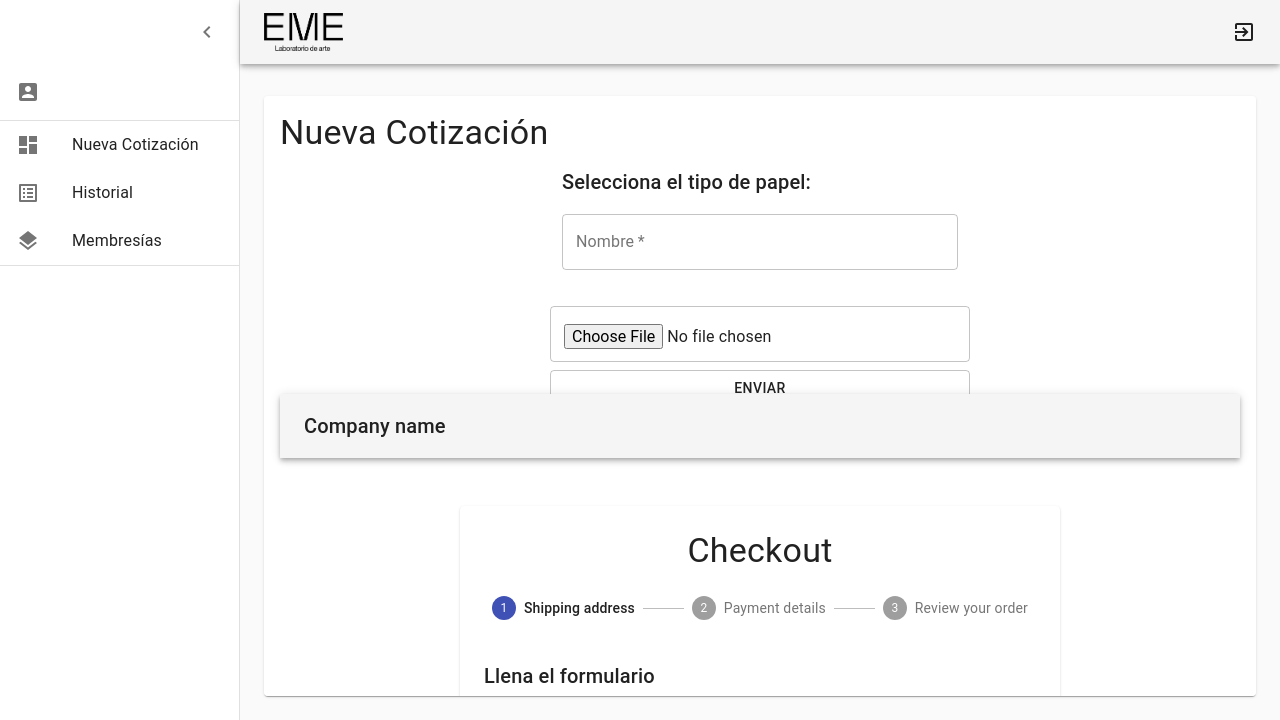
Repository: BrendaCarranco/eme-lab
Page: /Trabajo
The author's editor kept a copy of each file at every save. The page is drawn from the files as they stood at one save, then again after the next save.
The browser window is 1280 px wide. The pictures show the whole page.
An inner scrolling area shows only its first screen. Some web libraries are served in a nearby version. The project was rebuilt for these pictures with package versions that can differ from the ones it lists, and the page was loaded fresh each time. Also part of the build but not shown: src/components/buildingPage/Building.js, src/temaConfig.js, src/components/buildingPage/Landing.js, src/components/login/Reset.js, src/components/Dashboard/Historial.js, src/components/Dashboard/Membresias.js, src/components/Dashboard/SizeForm.js, src/components/Dashboard/Review.js and 6 more.

Above is the page before, as saved 2020-08-30 19:22:01.

### public/index.html
<!DOCTYPE html>
<html lang="en">

<head>
  <meta charset="utf-8" />

  <meta name="viewport" content="width=device-width, initial-scale=1" />
  <meta name="theme-color" content="#000000" />
  <meta name="description" content="Web site created using create-react-app" />
  <link rel="icon" type="image/png" href="/eme-icon.png">


  </style>

  <!--
      manifest.json provides metadata used when your web app is installed on a
      user's mobile device or desktop. See https://developers.google.com/web/fundamentals/web-app-manifest/
    -->
  <link rel="manifest" href="%PUBLIC_URL%/manifest.json" />
  <!-- CSS only -->
  <link rel="stylesheet" href="https://stackpath.bootstrapcdn.com/bootstrap/4.5.2/css/bootstrap.min.css"
    integrity="sha384-JcKb8q3iqJ61gNV9KGb8thSsNjpSL0n8PARn9HuZOnIxN0hoP+VmmDGMN5t9UJ0Z" crossorigin="anonymous">

  <!--
      Notice the use of %PUBLIC_URL% in the tags above.
      It will be replaced with the URL of the `public` folder during the build.
      Only files inside the `public` folder can be referenced from the HTML.

      Unlike "/favicon.ico" or "favicon.ico", "%PUBLIC_URL%/favicon.ico" will
      work correctly both with client-side routing and a non-root public URL.
      Learn how to configure a non-root public URL by running `npm run build`.
    -->
  <title>EME Laboratorio de arte</title>
</head>

<body>
  <noscript>You need to enable JavaScript to run this app.</noscript>
  <div id="root"></div>
  <!--
      This HTML file is a template.
      If you open it directly in the browser, you will see an empty page.

      You can add webfonts, meta tags, or analytics to this file.
      The build step will place the bundled scripts into the <body> tag.

      To begin the development, run `npm start` or `yarn start`.
      To create a production bundle, use `npm run build` or `yarn build`.
    -->
  <!-- Compiled and minified JavaScript -->

  <script src="https://code.jquery.com/jquery-3.2.1.slim.min.js"
    integrity="sha384-KJ3o2DKtIkvYIK3UENzmM7KCkRr/rE9/Qpg6aAZGJwFDMVNA/GpGFF93hXpG5KkN"
    crossorigin="anonymous"></script>
  <script src="https://cdnjs.cloudflare.com/ajax/libs/popper.js/1.12.9/umd/popper.min.js"
    integrity="sha384-ApNbgh9B+Y1QKtv3Rn7W3mgPxhU9K/ScQsAP7hUibX39j7fakFPskvXusvfa0b4Q"
    crossorigin="anonymous"></script>
  <script src="https://maxcdn.bootstrapcdn.com/bootstrap/4.0.0/js/bootstrap.min.js"
    integrity="sha384-JZR6Spejh4U02d8jOt6vLEHfe/JQGiRRSQQxSfFWpi1MquVdAyjUar5+76PVCmYl"
    crossorigin="anonymous"></script>
</body>

</html>

### src/App.js
import React, { useEffect, useState, useContext } from 'react';
import { BrowserRouter, Switch, Route } from 'react-router-dom';
import { firebase } from './firebase';
import Building from './components/buildingPage/Building';
import Landing from './components/buildingPage/Landing';
import Reset from './components/login/Reset';
import Dashboard from './components/Dashboard/Dashboard';
import SignInSide from './components/login/SignInSide';
import Admin from './components/admin/Admin';

import { UserContext } from './context/UserProvider';
import NoMember from './components/Dashboard/NoMember';

function App() {

  const [firebaseUser, setFirebaseUser] = useState(null);
  const [fbName, setFbName] = useState('');
  const [fbMail, setFbMail] = useState('');
  const [usersFiles, setUsersFiles] = useState([]);


  const { userProvider } = useContext(UserContext);


  //Observador
  useEffect(() => {
    firebase.auth().onAuthStateChanged(user => {
      console.log(user);
      if (user) {
        setFbName(user.displayName);
        setFbMail(user.email);
        setFirebaseUser(user);
      } else {
        setFirebaseUser(null);
        return;
      }
    });
  }, [firebaseUser]);

  return (
    <BrowserRouter>
      <Switch>
        <Route exact path='/'>
          <Landing />
        </Route>
        {/*
        <Route path='/admin'>
          <Admin usersFiles={usersFiles} />
        </Route> */}

        <Route path='/dashboard'>

          {
            userProvider.role === 'Admin' && <Admin usersFiles={usersFiles} />
          }
          {
            userProvider.role === 'Miembro' && <Dashboard firebaseUser={firebaseUser} setUsersFiles={setUsersFiles} usersFiles={usersFiles} fbMail={fbMail} />
          }
          {
            userProvider.role === 'Invitado' && <NoMember />
          }



        </Route>

        <Route path='/signin'>
          <SignInSide />
        </Route>

        <Route path='/Admin'>
          <Admin />
        </Route>

        <Route path='/Trabajo'>
          <Dashboard />
        </Route>



      </Switch>
    </BrowserRouter>
  );
}

export default App;

### src/context/UserProvider.js
import React, { createContext, useEffect } from 'react';
import { useState } from 'react';
import { firebase } from '../firebase';

export const UserContext = createContext();

const UserProvider = (props) => {

    const dataInitialUser = {
        email: null,
        uid: null,
        role: 'Invitado',
        displayName: null
    };

    const [userProvider, setUserProvider] = useState(dataInitialUser);


    useEffect(() => {
        detectUser();
    }, []);

    const detectUser = () => {
        firebase.auth().onAuthStateChanged(user => {
            if (user) {
                console.log(user, 'user provider');
                user.getIdTokenResult()
                    .then(idTokenResult => {
                        console.log(idTokenResult, 'token');
                        if (!!idTokenResult.claims.Admin) {
                            console.log('es admin');
                            setUserProvider({
                                email: user.email,
                                uid: user.uid,
                                displayName: user.displayName,
                                role: 'Admin'

                            });
                        } else if (!!idTokenResult.claims.Member) {
                            console.log('es miembro');
                            setUserProvider({
                                email: user.email,
                                uid: user.uid,
                                displayName: user.displayName,
                                role: 'Miembro'
                            });
                        } else {
                            console.log('es invitado');
                            setUserProvider({
                                email: user.email,
                                uid: user.uid,
                                displayName: user.displayName,
                                role: 'Invitado'

                            });
                        }
                    }
                    );

            } else {
                console.log(user, 'user provider null');
            }
        });
    };

    const userRegister = async (email, password, name) => {
        try {
            const res = await firebase.auth().createUserWithEmailAndPassword(email, password);
            const collection = await firebase.firestore().collection('usuarios').doc(res.user.email).get();

            if (!collection.exists) {
                await firebase.firestore().collection('usuarios').doc(res.user.email).set({
                    email: res.user.email,
                    uid: res.user.uid,
                    role: 'Invitado',
                    displayName: name
                });
                let current = firebase.auth().currentUser;
                current.updateProfile({
                    displayName: name
                });

            }

        } catch (error) {
            console.log(error);
        }
        firebase.auth().signOut();
    };

    return (
        <UserContext.Provider value={{ userProvider, userRegister }} >
            {props.children}
        </UserContext.Provider>
    );
};

export default UserProvider;

### src/firebase.js
import firebase from 'firebase/app';
import 'firebase/auth';
import 'firebase/firestore';
import 'firebase/storage';
import 'firebase/functions';

const firebaseConfig = {
    apiKey: "AIzaSyB1b8DSEsphXC6iROi09Go8DnzwT9N6RYY",
    authDomain: "eme-lab.firebaseapp.com",
    databaseURL: "https://eme-lab.firebaseio.com",
    projectId: "eme-lab",
    storageBucket: "eme-lab.appspot.com",
    messagingSenderId: "906776180001",
    appId: "1:906776180001:web:939db4508539931fda3a60"
};
// Initialize Firebase
firebase.initializeApp(firebaseConfig);

export { firebase };

### src/components/Dashboard/Cotizacion.js
import React, { useState } from 'react';
import { firebase } from '../../firebase';
import moment from 'moment';
import 'moment/locale/es';

import Container from '@material-ui/core/Container';
import { makeStyles } from '@material-ui/core/styles';
import Typography from '@material-ui/core/Typography';
import Title from './Title';
import TextField from '@material-ui/core/TextField';
import Button from '@material-ui/core/Button';
import Grid from '@material-ui/core/Grid';

const useStyles = makeStyles({
  depositContext: {
    flex: 1,
  },
});

const Cotizacion = ({ firebaseUser, setUsersFiles, usersFiles }) => {
  const [fileUrl, setFileUrl] = useState(null);
  const [input, setInput] = useState('');
  //const [usersFiles, setUsersFiles] = useState([]);

  let time = Date.now();
  let timeFormat = moment(time).format('LLL');

  const handleChangeFile = async e => {
    const file = e.target.files[0];
    const storageRef = firebase.storage().ref('Cotizaciones').child(firebaseUser.email);
    const fileRef = storageRef.child(file.name);
    await fileRef.put(file);
    setFileUrl(await fileRef.getDownloadURL());
  };

  const handleSubmit = e => {
    e.preventDefault();
    //console.log('submit');

    const username = e.target.username.value;
    setInput(username);
    if (!username) {
      return;
    }

    const newUserFile = {
      name: username,
      fileLink: fileUrl,
      date: timeFormat,
      email: firebaseUser.email,
      user: firebaseUser.displayName,
      status: 'Pendiente'
    };
    //esta sube la imegen
    firebase.firestore().collection('files').doc().set(newUserFile);
    setUsersFiles([
      ...usersFiles,
      { ...newUserFile }

    ]);
    setInput('');
    setFileUrl('');
    return alert('archivo subido');
  };

  /*   const emailUpdate = async () => {
      const a = await firebase.auth().onAuthStateChanged(function (user) {
        if (user) {
          setUserEmail(user.email);
          return;
          // User is signed in.
        } else {
          return;
        }
      });
    };
    emailUpdate();

    useEffect(() => {
      const fetchUsersFiles = async () => {
        const usersFilesCollection = await firebase.firestore().collection('files').where("email", "==", userEmail).get();
        setUsersFiles(usersFilesCollection.docs.map(doc => {
          return doc.data();
        }));
      };
      fetchUsersFiles();
    }, [setUsersFiles, userEmail]);

    console.log(usersFiles); */


  return (
    <React.Fragment>
      <Title>Nueva Cotización</Title>
      <Container maxWidth="xs">
        <Typography variant="h6" color="initial">
          Selecciona el tipo de papel:
       </Typography>
        <form onSubmit={handleSubmit}>
        <Grid container spacing={3}>
        <Grid item xs={12} sm={12}>
          <TextField
            variant="outlined"
            margin="normal"
            required
            fullWidth
            id="outlined-basic"
            label="Nombre"
            name='username'
            onChange={e => setInput(e.target.value)}
            value={input}

          />
          </Grid>
          <TextField
            variant="outlined"
            margin="normal"
            required
            fullWidth
            id="outlined-basic"
            name='file'
            type='file'
            onChange={handleChangeFile}
          />
          <Button
            type="submit"
            fullWidth
            variant="outlined"
            color="default"
          >Enviar</Button>


          </Grid>
        </form>
      </Container>
    </React.Fragment>


  );
};

export default Cotizacion;

### src/components/Dashboard/Checkout.js
import React from 'react';
import { makeStyles } from '@material-ui/core/styles';
import CssBaseline from '@material-ui/core/CssBaseline';
import AppBar from '@material-ui/core/AppBar';
import Toolbar from '@material-ui/core/Toolbar';
import Paper from '@material-ui/core/Paper';
import Stepper from '@material-ui/core/Stepper';
import Step from '@material-ui/core/Step';
import StepLabel from '@material-ui/core/StepLabel';
import Button from '@material-ui/core/Button';
import Link from '@material-ui/core/Link';
import Typography from '@material-ui/core/Typography';
import PaperForm from './PaperForm';
import SizeForm from './SizeForm';
import Review from './Review';

function Copyright() {
  return (
    <Typography variant="body2" color="textSecondary" align="center">
      {'Copyright © '}
      <Link color="inherit" href="https://material-ui.com/">
        Your Website
      </Link>{' '}
      {new Date().getFullYear()}
      {'.'}
    </Typography>
  );
}

const useStyles = makeStyles((theme) => ({
  appBar: {
    position: 'relative',
  },
  layout: {
    width: 'auto',
    marginLeft: theme.spacing(2),
    marginRight: theme.spacing(2),
    [theme.breakpoints.up(600 + theme.spacing(2) * 2)]: {
      width: 600,
      marginLeft: 'auto',
      marginRight: 'auto',
    },
  },
  paper: {
    marginTop: theme.spacing(3),
    marginBottom: theme.spacing(3),
    padding: theme.spacing(2),
    [theme.breakpoints.up(600 + theme.spacing(3) * 2)]: {
      marginTop: theme.spacing(6),
      marginBottom: theme.spacing(6),
      padding: theme.spacing(3),
    },
  },
  stepper: {
    padding: theme.spacing(3, 0, 5),
  },
  buttons: {
    display: 'flex',
    justifyContent: 'flex-end',
  },
  button: {
    marginTop: theme.spacing(3),
    marginLeft: theme.spacing(1),
  },
}));

const steps = ['Shipping address', 'Payment details', 'Review your order'];

function getStepContent(step) {
  switch (step) {
    case 0:
      return <PaperForm />;
    case 1:
      return <SizeForm />;
    case 2:
      return <Review />;
    default:
      throw new Error('Unknown step');
  }
}

export default function Checkout() {
  const classes = useStyles();
  const [activeStep, setActiveStep] = React.useState(0);

  const handleNext = () => {
    setActiveStep(activeStep + 1);
  };

  const handleBack = () => {
    setActiveStep(activeStep - 1);
  };

  return (
    <React.Fragment>
      <CssBaseline />
      <AppBar position="absolute" color="default" className={classes.appBar}>
        <Toolbar>
          <Typography variant="h6" color="inherit" noWrap>
            Company name
          </Typography>
        </Toolbar>
      </AppBar>
      <main className={classes.layout}>
        <Paper className={classes.paper}>
          <Typography component="h1" variant="h4" align="center">
            Checkout
          </Typography>
          <Stepper activeStep={activeStep} className={classes.stepper}>
            {steps.map((label) => (
              <Step key={label}>
                <StepLabel>{label}</StepLabel>
              </Step>
            ))}
          </Stepper>
          <React.Fragment>
            {activeStep === steps.length ? (
              <React.Fragment>
                <Typography variant="h5" gutterBottom>
                  Thank you for your order.
                </Typography>
                <Typography variant="subtitle1">
                  Your order number is #2001539. We have emailed your order confirmation, and will
                  send you an update when your order has shipped.
                </Typography>
              </React.Fragment>
            ) : (
              <React.Fragment>
                {getStepContent(activeStep)}
                <div className={classes.buttons}>
                  {activeStep !== 0 && (
                    <Button onClick={handleBack} className={classes.button}>
                      Back
                    </Button>
                  )}
                  <Button
                    variant="contained"
                    color="primary"
                    onClick={handleNext}
                    className={classes.button}
                  >
                    {activeStep === steps.length - 1 ? 'Place order' : 'Next'}
                  </Button>
                </div>
              </React.Fragment>
            )}
          </React.Fragment>
        </Paper>
        <Copyright />
      </main>
    </React.Fragment>
  );
}

### src/components/Dashboard/Title.js

import React from 'react';
import PropTypes from 'prop-types';
import Typography from '@material-ui/core/Typography';

export default function Title(props) {
  return (
    <Typography component="h2" variant="h4" color="default" gutterBottom>
      {props.children}
    </Typography>
  );
}

Title.propTypes = {
  children: PropTypes.node,
};

### src/components/Dashboard/PaperForm.js
import React, { useState }  from 'react';
import { firebase } from '../../firebase';
import moment from 'moment';
import 'moment/locale/es';

import Grid from '@material-ui/core/Grid';
import Typography from '@material-ui/core/Typography';
import TextField from '@material-ui/core/TextField';
import FormControlLabel from '@material-ui/core/FormControlLabel';
import Checkbox from '@material-ui/core/Checkbox';

export default function PaperForm({ firebaseUser, setUsersFiles, usersFiles }) {
    const [fileUrl, setFileUrl] = useState(null);
    const [input, setInput] = useState('');


    let time = Date.now();
    let timeFormat = moment(time).format('LLL');

    const handleChangeFile = async e => {
      const file = e.target.files[0];
      const storageRef = firebase.storage().ref('Cotizaciones').child(firebaseUser.email);
      const fileRef = storageRef.child(file.name);
      await fileRef.put(file);
      setFileUrl(await fileRef.getDownloadURL());
    };

    const handleSubmit = e => {
      e.preventDefault();
      //console.log('submit');

      const username = e.target.username.value;
      setInput(username);
      if (!username) {
        return;
      }

      const newUserFile = {
        name: username,
        fileLink: fileUrl,
        date: timeFormat,
        email: firebaseUser.email,
        user: firebaseUser.displayName,
        status: 'Pendiente'
      };
      //esta sube la imegen
      firebase.firestore().collection('files').doc().set(newUserFile);
      setUsersFiles([
        ...usersFiles,
        { ...newUserFile }

      ]);
      setInput('');
      setFileUrl('');
      return alert('archivo subido');
    };
  return (
    <React.Fragment>
      <Typography variant="h6" gutterBottom>
        Llena el formulario
      </Typography>
      <Grid container spacing={3}>
        <Grid item xs={12} sm={12}>
          <TextField
             variant="outlined"
             margin="normal"
             required
             fullWidth
             id="outlined-basic"
             label="Nombre"
             name='username'
             onChange={e => setInput(e.target.value)}
             value={input}
          />
           <TextField
            variant="outlined"
            margin="normal"
            required
            fullWidth
            id="outlined-basic"
            name='file'
            type='file'
            onChange={handleChangeFile}
          />
        </Grid>
        <Typography variant="h6" gutterBottom>
        Selecciona el tipo de papel.
      </Typography>
      <Grid item xs={12} sm={12}>

      </Grid>

      </Grid>
    </React.Fragment>
  );
}

Loaded but not shown: src/index.js (common file); src/index.css (common file); src/serviceWorker.js (common file); src/components/Dashboard/Dashboard.js (298 lines, source omitted)

After the next save:
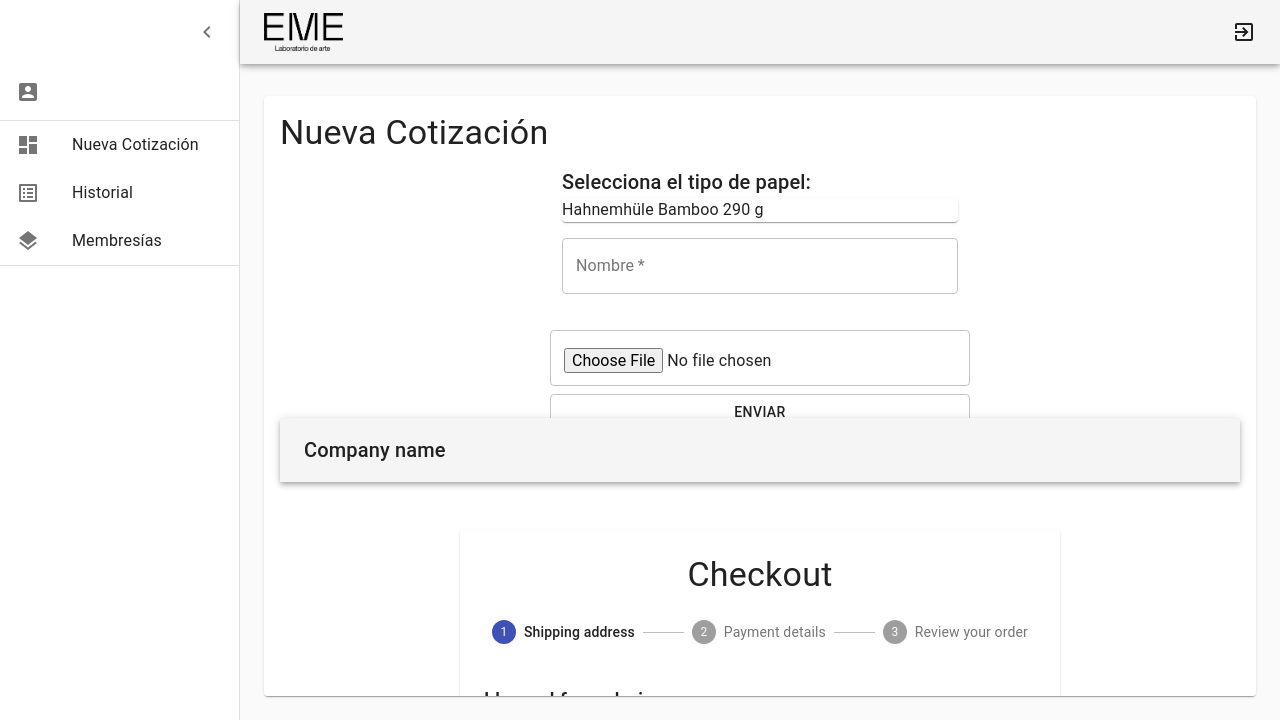
Saved 5 min 30 s later.
--- a/src/components/Dashboard/Cotizacion.js
+++ b/src/components/Dashboard/Cotizacion.js
@@ -10,6 +10,7 @@ import Title from './Title';
 import TextField from '@material-ui/core/TextField';
 import Button from '@material-ui/core/Button';
 import Grid from '@material-ui/core/Grid';
+import Paper from '@material-ui/core/Paper';
 
 const useStyles = makeStyles({
   depositContext: {
@@ -98,7 +99,13 @@ const Cotizacion = ({ firebaseUser, setUsersFiles, usersFiles }) => {
        </Typography>
         <form onSubmit={handleSubmit}>
         <Grid container spacing={3}>
-        <Grid item xs={12} sm={12}>
+          <Grid item xs={12} sm={12}>
+          <Paper>
+            <Typography>
+              Hahnemhüle Bamboo  290 g
+            </Typography>
+
+          </Paper>
           <TextField
             variant="outlined"
             margin="normal"
